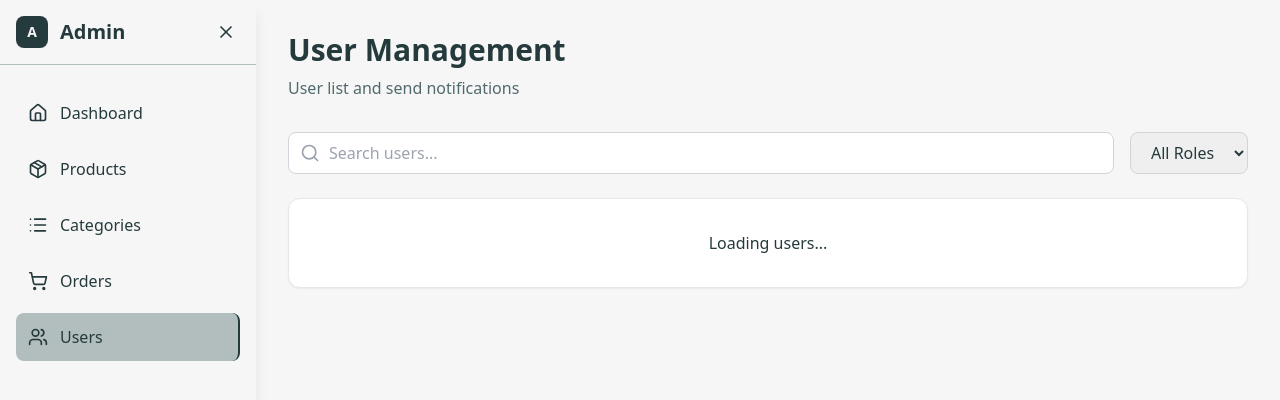
Repository: Tlyl1111/homz-admin
Page: /users
These files come from the project's save history. The page is drawn as it stood at one moment and after the next save; the edit follows.
The browser window is 1280 px wide. The pictures show the whole page.
The page's requests for data from a server got no answer. The project was rebuilt for these pictures with package versions that can differ from the ones it lists, and the page was loaded fresh each time. No one was signed in, and anything a server would have sent is missing. Also part of the build but not shown: vite.config.ts, src/components/ui/tooltip.tsx, src/components/DashboardStats.tsx, src/components/SalesChart.tsx, src/components/RecentOrders.tsx, src/pages/Index.tsx, src/components/ProductTable.tsx, src/components/ProductForm.tsx and 8 more.

Above is the page before, as saved 2025-06-11 13:18:07.

### index.html
<!DOCTYPE html>
<html lang="en">
  <head>
    <meta charset="UTF-8" />
    <meta name="viewport" content="width=device-width, initial-scale=1.0" />
    <title>Admin - Homz</title>
    <meta
      name="description"
      content="Admin management system for e-commerce website"
    />
    <meta name="author" content="Default" />

    <meta property="og:title" content="Admin - Homz" />
    <meta
      property="og:description"
      content="Admin management system for e-commerce website"
    />
    <meta property="og:type" content="website" />
    <meta property="og:image" content="./public/logo.png" />

    <meta name="twitter:card" content="summary_large_image" />
    <meta name="twitter:site" content="@lovable_dev" />
    <meta name="twitter:image" content="./public/logo.png" />
  </head>

  <body>
    <div id="root"></div>
    <script type="module" src="/src/main.tsx"></script>
  </body>
</html>

### src/App.tsx

import { Toaster } from "@/components/ui/toaster";
import { Toaster as Sonner } from "@/components/ui/sonner";
import { TooltipProvider } from "@/components/ui/tooltip";
import { QueryClient, QueryClientProvider } from "@tanstack/react-query";
import { BrowserRouter, Routes, Route } from "react-router-dom";
import Index from "./pages/Index";
import Products from "./pages/Products";
import Categories from "./pages/Categories";
import Orders from "./pages/Orders";
import Users from "./pages/Users";
import NotFound from "./pages/NotFound";

const queryClient = new QueryClient();

const App = () => (
  <QueryClientProvider client={queryClient}>
    <TooltipProvider>
      <Toaster />
      <Sonner />
      <BrowserRouter>
        <Routes>
          <Route path="/" element={<Index />} />
          <Route path="/products" element={<Products />} />
          <Route path="/categories" element={<Categories />} />
          <Route path="/orders" element={<Orders />} />
          <Route path="/users" element={<Users />} />
          {/* ADD ALL CUSTOM ROUTES ABOVE THE CATCH-ALL "*" ROUTE */}
          <Route path="*" element={<NotFound />} />
        </Routes>
      </BrowserRouter>
    </TooltipProvider>
  </QueryClientProvider>
);

export default App;

### src/index.css

@tailwind base;
@tailwind components;
@tailwind utilities;

/* Definition of the design system. All colors, gradients, fonts, etc should be defined here. */

@layer base {
  :root {
    --background: 0 0% 96.5%; /* #F6F6F6 */
    --foreground: 185 23% 19%; /* #325052 */

    --card: 0 0% 96.5%; /* #F6F6F6 */
    --card-foreground: 185 23% 19%; /* #325052 */

    --popover: 0 0% 96.5%; /* #F6F6F6 */
    --popover-foreground: 185 23% 19%; /* #325052 */

    --primary: 185 23% 19%; /* #325052 */
    --primary-foreground: 0 0% 96.5%; /* #F6F6F6 */

    --secondary: 180 8% 72%; /* #ADB9BA */
    --secondary-foreground: 185 23% 19%; /* #325052 */

    --muted: 180 8% 72%; /* #ADB9BA */
    --muted-foreground: 185 14% 37%; /* #5B7375 */

    --accent: 180 8% 72%; /* #ADB9BA */
    --accent-foreground: 185 23% 19%; /* #325052 */

    --destructive: 0 84.2% 60.2%;
    --destructive-foreground: 0 0% 96.5%;

    --border: 180 8% 72%; /* #ADB9BA */
    --input: 180 8% 72%; /* #ADB9BA */
    --ring: 185 23% 19%; /* #325052 */

    --radius: 0.5rem;

    --sidebar-background: 0 0% 96.5%; /* #F6F6F6 */
    --sidebar-foreground: 185 23% 19%; /* #325052 */
    --sidebar-primary: 185 23% 19%; /* #325052 */
    --sidebar-primary-foreground: 0 0% 96.5%; /* #F6F6F6 */
    --sidebar-accent: 180 8% 72%; /* #ADB9BA */
    --sidebar-accent-foreground: 185 23% 19%; /* #325052 */
    --sidebar-border: 180 8% 72%; /* #ADB9BA */
    --sidebar-ring: 185 23% 19%; /* #325052 */
  }

  .dark {
    --background: 185 23% 19%; /* #325052 */
    --foreground: 0 0% 96.5%; /* #F6F6F6 */

    --card: 185 23% 19%; /* #325052 */
    --card-foreground: 0 0% 96.5%; /* #F6F6F6 */

    --popover: 185 23% 19%; /* #325052 */
    --popover-foreground: 0 0% 96.5%; /* #F6F6F6 */

    --primary: 0 0% 96.5%; /* #F6F6F6 */
    --primary-foreground: 185 23% 19%; /* #325052 */

    --secondary: 185 14% 37%; /* #5B7375 */
    --secondary-foreground: 0 0% 96.5%; /* #F6F6F6 */

    --muted: 185 14% 37%; /* #5B7375 */
    --muted-foreground: 180 8% 72%; /* #ADB9BA */

    --accent: 185 14% 37%; /* #5B7375 */
    --accent-foreground: 0 0% 96.5%; /* #F6F6F6 */

    --destructive: 0 62.8% 30.6%;
    --destructive-foreground: 0 0% 96.5%;

    --border: 185 14% 37%; /* #5B7375 */
    --input: 185 14% 37%; /* #5B7375 */
    --ring: 0 0% 96.5%; /* #F6F6F6 */
    --sidebar-background: 185 23% 19%; /* #325052 */
    --sidebar-foreground: 0 0% 96.5%; /* #F6F6F6 */
    --sidebar-primary: 0 0% 96.5%; /* #F6F6F6 */
    --sidebar-primary-foreground: 185 23% 19%; /* #325052 */
    --sidebar-accent: 185 14% 37%; /* #5B7375 */
    --sidebar-accent-foreground: 0 0% 96.5%; /* #F6F6F6 */
    --sidebar-border: 185 14% 37%; /* #5B7375 */
    --sidebar-ring: 0 0% 96.5%; /* #F6F6F6 */
  }
}

@layer base {
  * {
    @apply border-border;
  }

  body {
    @apply bg-background text-foreground;
  }
}

### src/components/ui/toaster.tsx
import { useToast } from "@/hooks/use-toast"
import {
  Toast,
  ToastClose,
  ToastDescription,
  ToastProvider,
  ToastTitle,
  ToastViewport,
} from "@/components/ui/toast"

export function Toaster() {
  const { toasts } = useToast()

  return (
    <ToastProvider>
      {toasts.map(function ({ id, title, description, action, ...props }) {
        return (
          <Toast key={id} {...props}>
            <div className="grid gap-1">
              {title && <ToastTitle>{title}</ToastTitle>}
              {description && (
                <ToastDescription>{description}</ToastDescription>
              )}
            </div>
            {action}
            <ToastClose />
          </Toast>
        )
      })}
      <ToastViewport />
    </ToastProvider>
  )
}

### src/components/ui/sonner.tsx
import { useTheme } from "next-themes"
import { Toaster as Sonner, toast } from "sonner"

type ToasterProps = React.ComponentProps<typeof Sonner>

const Toaster = ({ ...props }: ToasterProps) => {
  const { theme = "system" } = useTheme()

  return (
    <Sonner
      theme={theme as ToasterProps["theme"]}
      className="toaster group"
      toastOptions={{
        classNames: {
          toast:
            "group toast group-[.toaster]:bg-background group-[.toaster]:text-foreground group-[.toaster]:border-border group-[.toaster]:shadow-lg",
          description: "group-[.toast]:text-muted-foreground",
          actionButton:
            "group-[.toast]:bg-primary group-[.toast]:text-primary-foreground",
          cancelButton:
            "group-[.toast]:bg-muted group-[.toast]:text-muted-foreground",
        },
      }}
      {...props}
    />
  )
}

export { Toaster, toast }

### src/pages/Users.tsx

import { useState } from "react";
import { Sidebar } from "../components/Sidebar";
import { UserTable } from "../components/UserTable";
import { UserFilters } from "../components/UserFilters";
import { NotificationForm } from "../components/NotificationForm";
import { Bell } from "lucide-react";

const Users = () => {
  const [sidebarOpen, setSidebarOpen] = useState(true);
  const [showNotificationForm, setShowNotificationForm] = useState(false);
  const [filters, setFilters] = useState({
    search: "",
    role: ""
  });

  const handleSearchChange = (search: string) => {
    setFilters(prev => ({ ...prev, search }));
  };

  const handleRoleChange = (role: string) => {
    setFilters(prev => ({ ...prev, role }));
  };

  return (
    <div className="min-h-screen bg-background flex">
      <Sidebar isOpen={sidebarOpen} onToggle={() => setSidebarOpen(!sidebarOpen)} />

      <div className={`flex-1 transition-all duration-300 ${sidebarOpen ? 'ml-64' : 'ml-16'}`}>
        <div className="p-8">
          <div className="flex justify-between items-center mb-8">
            <div>
              <h1 className="text-3xl font-bold text-foreground mb-2">User Management</h1>
              <p className="text-muted-foreground">User list and send notifications</p>
            </div>

          </div>

          {!showNotificationForm && (
            <UserFilters
              onSearchChange={handleSearchChange}
              onRoleChange={handleRoleChange}
            />
          )}

          {showNotificationForm ? (
            <NotificationForm onClose={() => setShowNotificationForm(false)} />
          ) : (
            <UserTable filters={filters} />
          )}
        </div>
      </div>
    </div>
  );
};

export default Users;

### src/components/ui/toast.tsx
import * as React from "react"
import * as ToastPrimitives from "@radix-ui/react-toast"
import { cva, type VariantProps } from "class-variance-authority"
import { X } from "lucide-react"

import { cn } from "@/lib/utils"

const ToastProvider = ToastPrimitives.Provider

const ToastViewport = React.forwardRef<
  React.ElementRef<typeof ToastPrimitives.Viewport>,
  React.ComponentPropsWithoutRef<typeof ToastPrimitives.Viewport>
>(({ className, ...props }, ref) => (
  <ToastPrimitives.Viewport
    ref={ref}
    className={cn(
      "fixed top-0 z-[100] flex max-h-screen w-full flex-col-reverse p-4 sm:bottom-0 sm:right-0 sm:top-auto sm:flex-col md:max-w-[420px]",
      className
    )}
    {...props}
  />
))
ToastViewport.displayName = ToastPrimitives.Viewport.displayName

const toastVariants = cva(
  "group pointer-events-auto relative flex w-full items-center justify-between space-x-4 overflow-hidden rounded-md border p-6 pr-8 shadow-lg transition-all data-[swipe=cancel]:translate-x-0 data-[swipe=end]:translate-x-[var(--radix-toast-swipe-end-x)] data-[swipe=move]:translate-x-[var(--radix-toast-swipe-move-x)] data-[swipe=move]:transition-none data-[state=open]:animate-in data-[state=closed]:animate-out data-[swipe=end]:animate-out data-[state=closed]:fade-out-80 data-[state=closed]:slide-out-to-right-full data-[state=open]:slide-in-from-top-full data-[state=open]:sm:slide-in-from-bottom-full",
  {
    variants: {
      variant: {
        default: "border bg-background text-foreground",
        destructive:
          "destructive group border-destructive bg-destructive text-destructive-foreground",
      },
    },
    defaultVariants: {
      variant: "default",
    },
  }
)

const Toast = React.forwardRef<
  React.ElementRef<typeof ToastPrimitives.Root>,
  React.ComponentPropsWithoutRef<typeof ToastPrimitives.Root> &
    VariantProps<typeof toastVariants>
>(({ className, variant, ...props }, ref) => {
  return (
    <ToastPrimitives.Root
      ref={ref}
      className={cn(toastVariants({ variant }), className)}
      {...props}
    />
  )
})
Toast.displayName = ToastPrimitives.Root.displayName

const ToastAction = React.forwardRef<
  React.ElementRef<typeof ToastPrimitives.Action>,
  React.ComponentPropsWithoutRef<typeof ToastPrimitives.Action>
>(({ className, ...props }, ref) => (
  <ToastPrimitives.Action
    ref={ref}
    className={cn(
      "inline-flex h-8 shrink-0 items-center justify-center rounded-md border bg-transparent px-3 text-sm font-medium ring-offset-background transition-colors hover:bg-secondary focus:outline-none focus:ring-2 focus:ring-ring focus:ring-offset-2 disabled:pointer-events-none disabled:opacity-50 group-[.destructive]:border-muted/40 group-[.destructive]:hover:border-destructive/30 group-[.destructive]:hover:bg-destructive group-[.destructive]:hover:text-destructive-foreground group-[.destructive]:focus:ring-destructive",
      className
    )}
    {...props}
  />
))
ToastAction.displayName = ToastPrimitives.Action.displayName

const ToastClose = React.forwardRef<
  React.ElementRef<typeof ToastPrimitives.Close>,
  React.ComponentPropsWithoutRef<typeof ToastPrimitives.Close>
>(({ className, ...props }, ref) => (
  <ToastPrimitives.Close
    ref={ref}
    className={cn(
      "absolute right-2 top-2 rounded-md p-1 text-foreground/50 opacity-0 transition-opacity hover:text-foreground focus:opacity-100 focus:outline-none focus:ring-2 group-hover:opacity-100 group-[.destructive]:text-red-300 group-[.destructive]:hover:text-red-50 group-[.destructive]:focus:ring-red-400 group-[.destructive]:focus:ring-offset-red-600",
      className
    )}
    toast-close=""
    {...props}
  >
    <X className="h-4 w-4" />
  </ToastPrimitives.Close>
))
ToastClose.displayName = ToastPrimitives.Close.displayName

const ToastTitle = React.forwardRef<
  React.ElementRef<typeof ToastPrimitives.Title>,
  React.ComponentPropsWithoutRef<typeof ToastPrimitives.Title>
>(({ className, ...props }, ref) => (
  <ToastPrimitives.Title
    ref={ref}
    className={cn("text-sm font-semibold", className)}
    {...props}
  />
))
ToastTitle.displayName = ToastPrimitives.Title.displayName

const ToastDescription = React.forwardRef<
  React.ElementRef<typeof ToastPrimitives.Description>,
  React.ComponentPropsWithoutRef<typeof ToastPrimitives.Description>
>(({ className, ...props }, ref) => (
  <ToastPrimitives.Description
    ref={ref}
    className={cn("text-sm opacity-90", className)}
    {...props}
  />
))
ToastDescription.displayName = ToastPrimitives.Description.displayName

type ToastProps = React.ComponentPropsWithoutRef<typeof Toast>

type ToastActionElement = React.ReactElement<typeof ToastAction>

export {
  type ToastProps,
  type ToastActionElement,
  ToastProvider,
  ToastViewport,
  Toast,
  ToastTitle,
  ToastDescription,
  ToastClose,
  ToastAction,
}

### src/components/Sidebar.tsx

import { Link, useLocation } from "react-router-dom";
import { Home, Package, ShoppingCart, Users, Menu, X, List } from "lucide-react";

interface SidebarProps {
  isOpen: boolean;
  onToggle: () => void;
}

export const Sidebar = ({ isOpen, onToggle }: SidebarProps) => {
  const location = useLocation();

  const menuItems = [
    { name: "Dashboard", icon: Home, path: "/" },
    { name: "Products", icon: Package, path: "/products" },
    { name: "Categories", icon: List, path: "/categories" },
    { name: "Orders", icon: ShoppingCart, path: "/orders" },
    { name: "Users", icon: Users, path: "/users" },
  ];

  return (
    <div className={`fixed left-0 top-0 h-full bg-sidebar shadow-lg transition-all duration-300 z-50 ${
      isOpen ? 'w-64' : 'w-16'
    }`}>
      <div className="p-4 border-b border-sidebar-border">
        <div className="flex items-center justify-between">
          <div className={`flex items-center ${isOpen ? '' : 'justify-center'}`}>
            <div className="w-8 h-8 bg-primary rounded-lg flex items-center justify-center">
              <span className="text-primary-foreground font-bold text-sm">A</span>
            </div>
            {isOpen && (
              <span className="ml-3 text-xl font-bold text-sidebar-foreground">Admin</span>
            )}
          </div>
          <button
            onClick={onToggle}
            className="p-1 hover:bg-sidebar-accent rounded-md transition-colors"
          >
            {isOpen ? <X size={20} /> : <Menu size={20} />}
          </button>
        </div>
      </div>

      <nav className="mt-6 px-4">
        {menuItems.map((item) => {
          const isActive = location.pathname === item.path;
          return (
            <Link
              key={item.name}
              to={item.path}
              className={`flex items-center px-3 py-3 mb-2 rounded-lg transition-colors ${
                isActive
                  ? 'bg-sidebar-accent text-sidebar-primary border-r-2 border-sidebar-primary'
                  : 'text-sidebar-foreground hover:bg-sidebar-accent'
              } ${isOpen ? '' : 'justify-center'}`}
            >
              <item.icon size={20} />
              {isOpen && <span className="ml-3 font-medium">{item.name}</span>}
            </Link>
          );
        })}
      </nav>
    </div>
  );
};

### src/components/UserTable.tsx

import { Edit, Trash2 } from "lucide-react";
import { useQuery } from "@tanstack/react-query";
import { supabase } from "@/integrations/supabase/client";

export const UserTable = () => {
  const { data: users = [], isLoading, error } = useQuery({
    queryKey: ['users'],
    queryFn: async () => {
      const { data, error } = await supabase
        .from('Users')
        .select('*')
        .order('Name', { ascending: true });

      if (error) {
        console.error('Error fetching users:', error);
        throw error;
      }

      return data || [];
    }
  });

  const formatPrice = (price: number) => {
    return new Intl.NumberFormat('en-US', {
      style: 'currency',
      currency: 'USD'
    }).format(price);
  };


  if (isLoading) {
    return (
      <div className="bg-white rounded-xl shadow-sm border border-gray-200 p-8">
        <div className="text-center">Loading users...</div>
      </div>
    );
  }

  if (error) {
    return (
      <div className="bg-white rounded-xl shadow-sm border border-gray-200 p-8">
        <div className="text-center text-red-600">Error loading users: {error.message}</div>
      </div>
    );
  }

  if (users.length === 0) {
    return (
      <div className="bg-white rounded-xl shadow-sm border border-gray-200 p-8">
        <div className="text-center text-gray-500">No users found</div>
      </div>
    );
  }

  return (
    <div className="bg-white rounded-xl shadow-sm border border-gray-200 overflow-hidden">
      <div className="overflow-x-auto">
        <table className="w-full">
          <thead className="bg-gray-50 border-b border-gray-200">
            <tr>
              <th className="px-6 py-4 text-left text-xs font-medium text-gray-500 uppercase tracking-wider">
                User
              </th>
              <th className="px-6 py-4 text-left text-xs font-medium text-gray-500 uppercase tracking-wider">
                Contact
              </th>
              <th className="px-6 py-4 text-left text-xs font-medium text-gray-500 uppercase tracking-wider">
                Role
              </th>
            </tr>
          </thead>
          <tbody className="divide-y divide-gray-200">
            {users.map((user) => (
              <tr key={user.Uid} className="hover:bg-gray-50">
                <td className="px-6 py-4 whitespace-nowrap">
                  <div className="flex items-center">
                    <div className="w-10 h-10 rounded-full bg-gray-200 mr-4 flex items-center justify-center">
                      <span className="text-sm text-gray-500">
                        {user.Name?.charAt(0)?.toUpperCase() || 'U'}
                      </span>
                    </div>
                    <div>
                      <div className="text-sm font-medium text-gray-900">{user.Name || 'Unknown User'}</div>
                      <div className="text-sm text-gray-500">ID: {user.Uid}</div>
                    </div>
                  </div>
                </td>
                <td className="px-6 py-4 whitespace-nowrap">
                  <div>
                    <div className="text-sm text-gray-900">{user.Email || 'No email'}</div>
                    <div className="text-sm text-gray-500">User ID: {user.Uid}</div>
                  </div>
                </td>
                <td className="px-6 py-4 whitespace-nowrap">
                <span className={`px-2 py-1 rounded-full text-xs font-medium ${
                  user.role === 'admin'
                    ? 'bg-red-100 text-red-800'
                    : 'bg-blue-100 text-blue-800'
                }`}>
                  {user.role || 'N/A'}
                </span>
                </td>
              </tr>
            ))}
          </tbody>
        </table>
      </div>
    </div>
  );
};

### src/components/UserFilters.tsx

import { useState } from "react";
import { Search } from "lucide-react";

interface UserFiltersProps {
  onSearchChange: (search: string) => void;
  onRoleChange: (role: string) => void;
}

export const UserFilters = ({ onSearchChange, onRoleChange }: UserFiltersProps) => {
  const [searchTerm, setSearchTerm] = useState("");
  const [selectedRole, setSelectedRole] = useState("");

  const handleSearchChange = (value: string) => {
    setSearchTerm(value);
    onSearchChange(value);
  };

  const handleRoleChange = (value: string) => {
    setSelectedRole(value);
    onRoleChange(value);
  };

  return (
    <div className="mb-6">
      <div className="flex flex-col md:flex-row gap-4">
        <div className="relative flex-1">
          <Search className="absolute left-3 top-1/2 transform -translate-y-1/2 text-gray-400" size={20} />
          <input
            type="text"
            placeholder="Search users..."
            value={searchTerm}
            onChange={(e) => handleSearchChange(e.target.value)}
            className="w-full pl-10 pr-4 py-2 border border-gray-300 rounded-lg focus:ring-2 focus:ring-blue-500"
          />
        </div>

        <select
          value={selectedRole}
          onChange={(e) => handleRoleChange(e.target.value)}
          className="px-4 py-2 border border-gray-300 rounded-lg focus:ring-2 focus:ring-blue-500"
        >
          <option value="">All Roles</option>
          <option value="admin">Admin</option>
          <option value="user">User</option>
        </select>
      </div>
    </div>
  );
};

### src/integrations/supabase/client.ts
// This file is automatically generated. Do not edit it directly.
import { createClient } from '@supabase/supabase-js';
import type { Database } from './types';

const SUPABASE_URL = "https://yyatkmqoydfwfolblruu.supabase.co";
const SUPABASE_PUBLISHABLE_KEY = "eyJhbGciOiJIUzI1NiIsInR5cCI6IkpXVCJ9.eyJpc3MiOiJzdXBhYmFzZSIsInJlZiI6Inl5YXRrbXFveWRmd2ZvbGJscnV1Iiwicm9sZSI6ImFub24iLCJpYXQiOjE3NDg0NDAzNDQsImV4cCI6MjA2NDAxNjM0NH0.g0uIIvWhHiqnnspw5nV1YvXHmZFlytlJkcVAcnBeQ6s";

// Import the supabase client like this:
// import { supabase } from "@/integrations/supabase/client";

export const supabase = createClient<Database>(SUPABASE_URL, SUPABASE_PUBLISHABLE_KEY);

Loaded but not shown: src/main.tsx (common file); src/hooks/use-toast.ts (common file); src/lib/utils.ts (common file); tailwind.config.ts (common file)

After the next save:
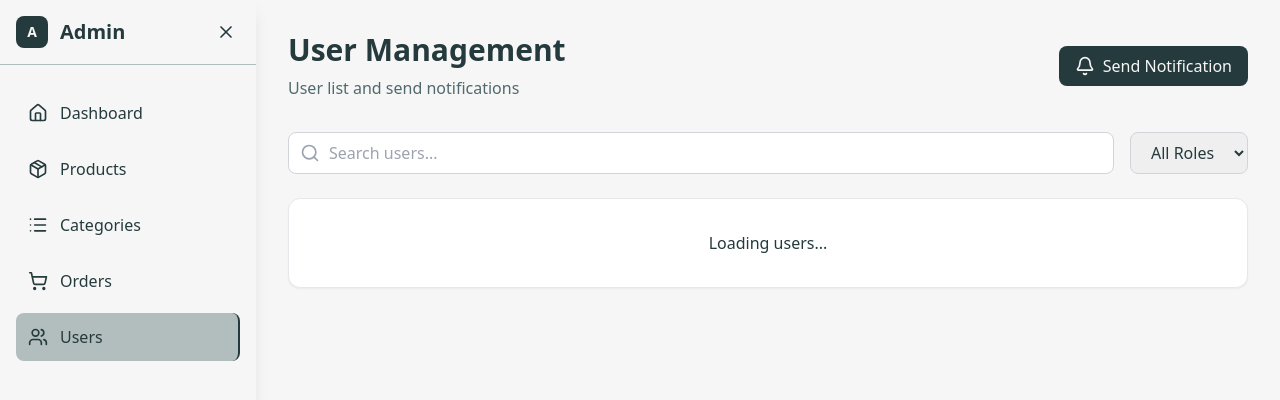
Saved 7 s later.
--- a/src/pages/Users.tsx
+++ b/src/pages/Users.tsx
@@ -33,7 +33,13 @@
               <h1 className="text-3xl font-bold text-foreground mb-2">User Management</h1>
               <p className="text-muted-foreground">User list and send notifications</p>
             </div>
-
+            <button
+              onClick={() => setShowNotificationForm(true)}
+              className="bg-primary hover:bg-primary/90 text-primary-foreground px-4 py-2 rounded-lg flex items-center gap-2 transition-colors"
+            >
+              <Bell size={20} />
+              Send Notification
+            </button>
           </div>
 
           {!showNotificationForm && (

After the save that followed:
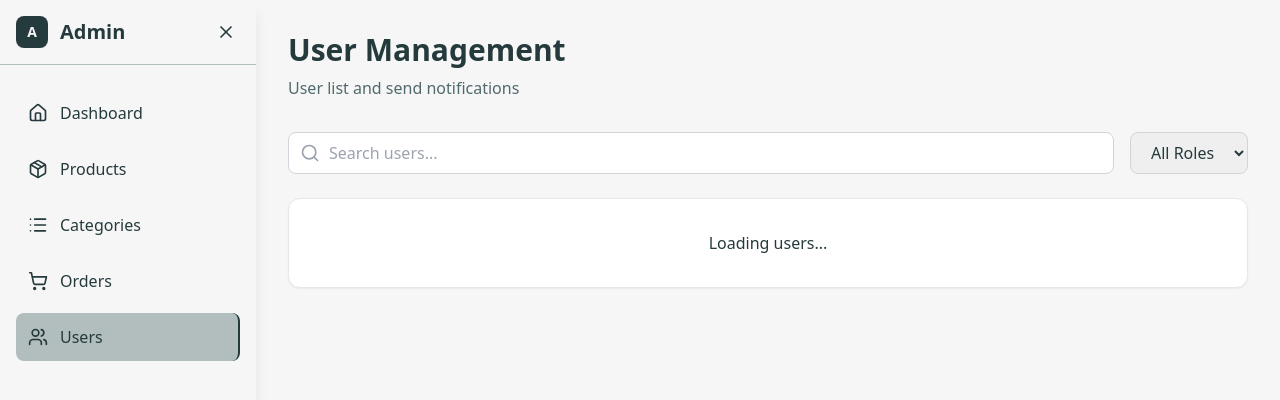
Saved 26 s later.
--- a/src/pages/Users.tsx
+++ b/src/pages/Users.tsx
@@ -33,13 +33,7 @@
               <h1 className="text-3xl font-bold text-foreground mb-2">User Management</h1>
               <p className="text-muted-foreground">User list and send notifications</p>
             </div>
-            <button
-              onClick={() => setShowNotificationForm(true)}
-              className="bg-primary hover:bg-primary/90 text-primary-foreground px-4 py-2 rounded-lg flex items-center gap-2 transition-colors"
-            >
-              <Bell size={20} />
-              Send Notification
-            </button>
+
           </div>
 
           {!showNotificationForm && (
